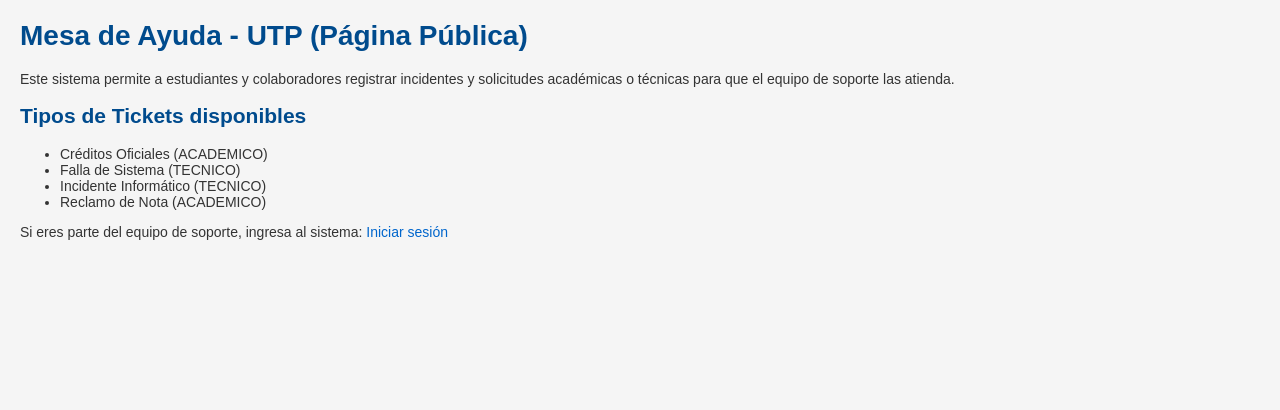
Repository: eleazarrrg/Proyecto-Mesa-Ayuda
Page: http://localhost/mesa-ayuda/public_home.php
An editor plug-in stored every save of this project. The page is shown before and after the next save, followed by the edit.
The browser window is 1280 px wide. The pictures show the whole page.
The page is run by PHP 8.4 with error messages shown; the project is at /var/www/html/. The database holds what the project's SQL file puts in it.

Above is the page before, as saved 2025-11-30 20:36:07.

After the next save:
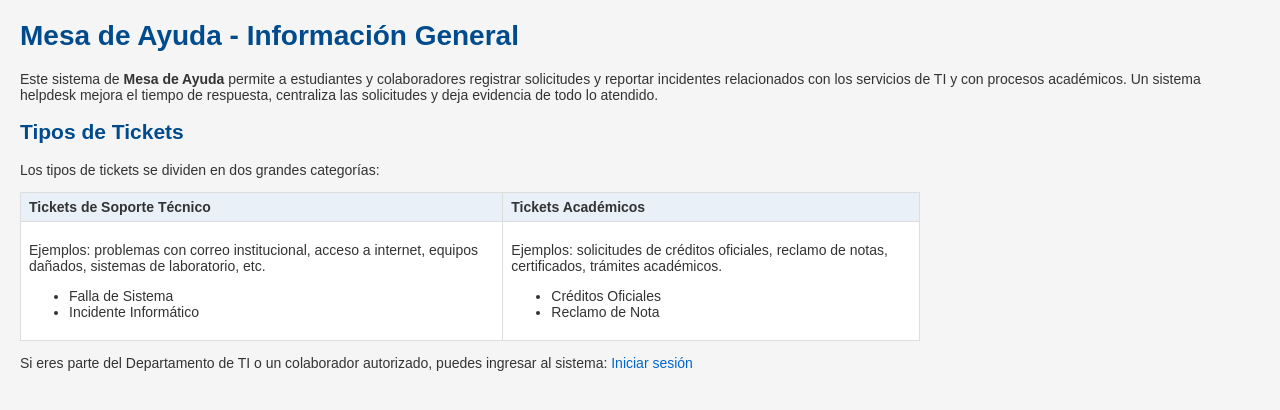
Saved 32 s later.
--- a/public/public_home.php
+++ b/public/public_home.php
@@ -2,7 +2,18 @@
 require_once __DIR__ . '/../app/core/Database.php';
 
 $db = Database::getInstance()->getConnection();
+
 $tipos = $db->query("SELECT nombre, categoria FROM tipos_ticket ORDER BY nombre")->fetchAll();
+
+$tecnicos = [];
+$academicos = [];
+foreach ($tipos as $t) {
+    if ($t['categoria'] === 'TECNICO') {
+        $tecnicos[] = $t['nombre'];
+    } else {
+        $academicos[] = $t['nombre'];
+    }
+}
 ?>
 <!DOCTYPE html>
 <html lang="es">
@@ -12,24 +23,45 @@ $tipos = $db->query("SELECT nombre, categoria FROM tipos_ticket ORDER BY nombre"
     <link rel="stylesheet" href="../assets/css/style.css">
 </head>
 <body>
-    <h1>Mesa de Ayuda - UTP (Página Pública)</h1>
+    <h1>Mesa de Ayuda - Información General</h1>
 
     <p>
-        Este sistema permite a estudiantes y colaboradores registrar incidentes
-        y solicitudes académicas o técnicas para que el equipo de soporte las atienda.
+        Este sistema de <strong>Mesa de Ayuda</strong> permite a estudiantes y colaboradores
+        registrar solicitudes y reportar incidentes relacionados con los servicios de TI
+        y con procesos académicos. Un sistema helpdesk mejora el tiempo de respuesta,
+        centraliza las solicitudes y deja evidencia de todo lo atendido.
     </p>
 
-    <h2>Tipos de Tickets disponibles</h2>
-    <ul>
-        <?php foreach ($tipos as $t): ?>
-            <li>
-                <?= $t['nombre']; ?> (<?= $t['categoria']; ?>)
-            </li>
-        <?php endforeach; ?>
-    </ul>
+    <h2>Tipos de Tickets</h2>
+    <p>Los tipos de tickets se dividen en dos grandes categorías:</p>
+
+    <table border="1" cellpadding="5" cellspacing="0">
+        <tr>
+            <th>Tickets de Soporte Técnico</th>
+            <th>Tickets Académicos</th>
+        </tr>
+        <tr>
+            <td valign="top">
+                <p>Ejemplos: problemas con correo institucional, acceso a internet, equipos dañados, sistemas de laboratorio, etc.</p>
+                <ul>
+                    <?php foreach ($tecnicos as $n): ?>
+                        <li><?= htmlspecialchars($n); ?></li>
+                    <?php endforeach; ?>
+                </ul>
+            </td>
+            <td valign="top">
+                <p>Ejemplos: solicitudes de créditos oficiales, reclamo de notas, certificados, trámites académicos.</p>
+                <ul>
+                    <?php foreach ($academicos as $n): ?>
+                        <li><?= htmlspecialchars($n); ?></li>
+                    <?php endforeach; ?>
+                </ul>
+            </td>
+        </tr>
+    </table>
 
     <p>
-        Si eres parte del equipo de soporte, ingresa al sistema:
+        Si eres parte del Departamento de TI o un colaborador autorizado, puedes ingresar al sistema:
         <a href="index.php">Iniciar sesión</a>
     </p>
 </body>
